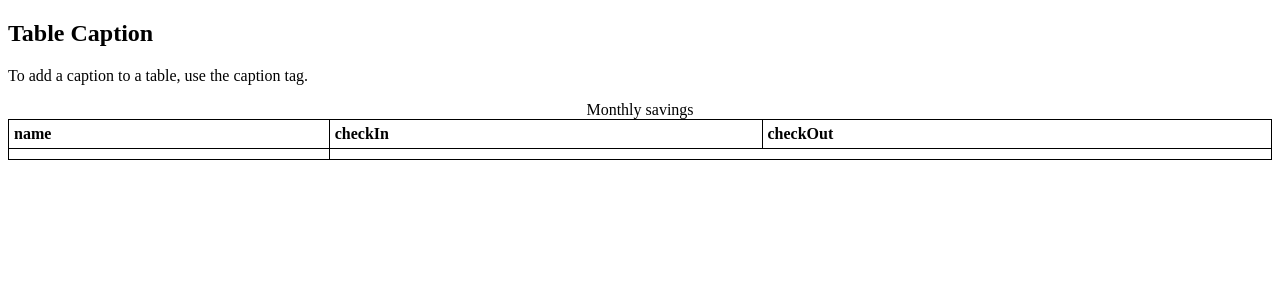
Repository: marianatudo/trabajo-final-progra-2
Page: templates/myReservations.html
An editor plug-in stored every save of this project. The page is shown before and after the next save, followed by the edit.
The browser window is 1280 px wide. The pictures show the whole page.

Above is the page before, as saved 2021-03-23 16:14:28.

### templates/myReservations.html
<!DOCTYPE html>
<html>

<head>
    <style>
        table,
        th,
        td {
            border: 1px solid black;
            border-collapse: collapse;
        }

        th,
        td {
            padding: 5px;
            text-align: left;
        }
    </style>
</head>

<body>

    <h2>Table Caption</h2>
    <p>To add a caption to a table, use the caption tag.</p>

    <table style="width:100%">
        <caption>Monthly savings</caption>
        <tr>
            <th>name</th>
            <th>checkIn</th>
            <th>checkOut</th>
        </tr>
        <tr id="nameM">

        </tr>
        <tr id="checkInM">
        </tr>
        <tr>
            <th id="checkOutM"></th>
        </tr>
    </table>

</body>

</html>

After the next save:
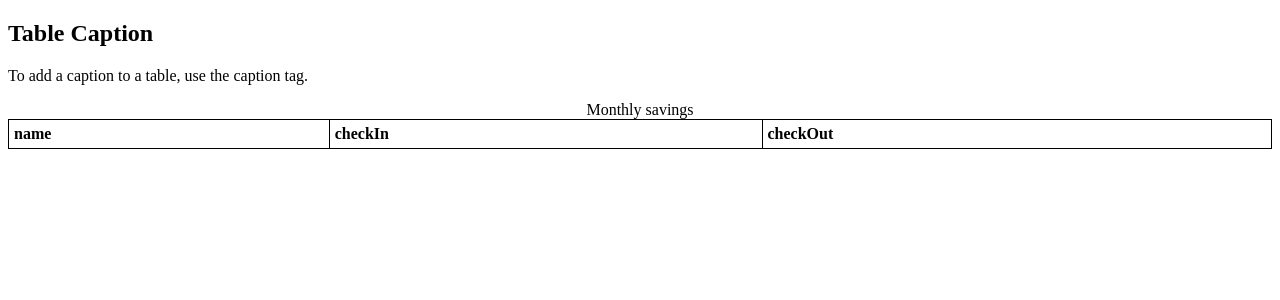
Saved 18 s later.
--- a/templates/myReservations.html
+++ b/templates/myReservations.html
@@ -35,8 +35,7 @@
         </tr>
         <tr id="checkInM">
         </tr>
-        <tr>
-            <th id="checkOutM"></th>
+        <tr id="checkOutM">
         </tr>
     </table>
 
